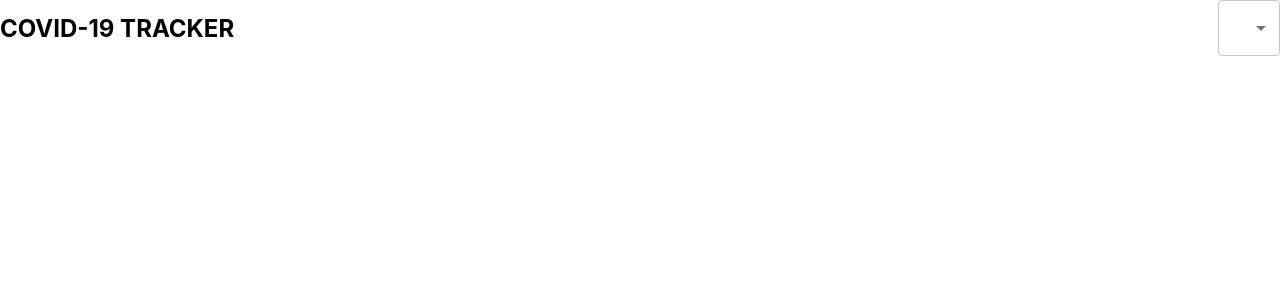
Repository: exiled-kal/2OnProcess
Page: /
An editor plug-in stored every save of this project. The page is shown before and after the next save, followed by the edit.
The browser window is 1280 px wide. The page is 1288 px wide, then 1280 px, then 1288 px, so the pictures cover 1288 px, including what lies to the right of the window. The pictures show the whole page.
The project was rebuilt for these pictures with package versions that can differ from the ones it lists, and the page was loaded fresh each time.

Above is the page before, as saved 2020-08-16 22:12:37.

After the next save:
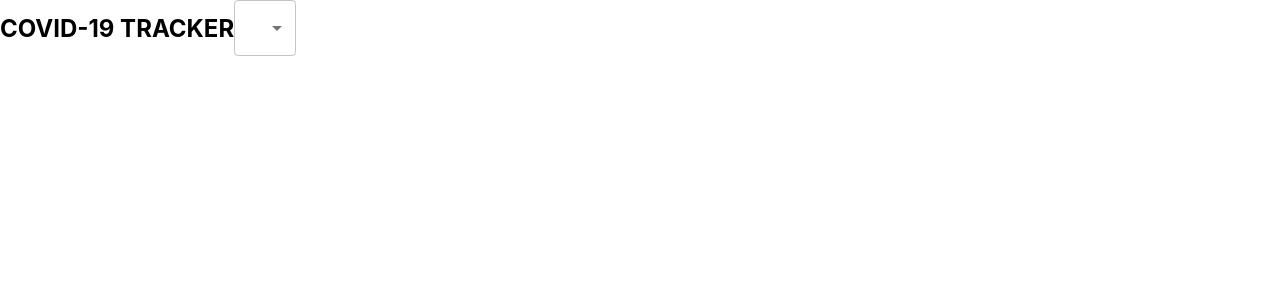
Saved 7 s later.
--- a/src/App.css
+++ b/src/App.css
@@ -5,6 +5,7 @@
 .app__header {
   display: flex;
   align-items: center;
+  margin
   justify-content: space-between;
 
 }

After the 3 saves that followed:
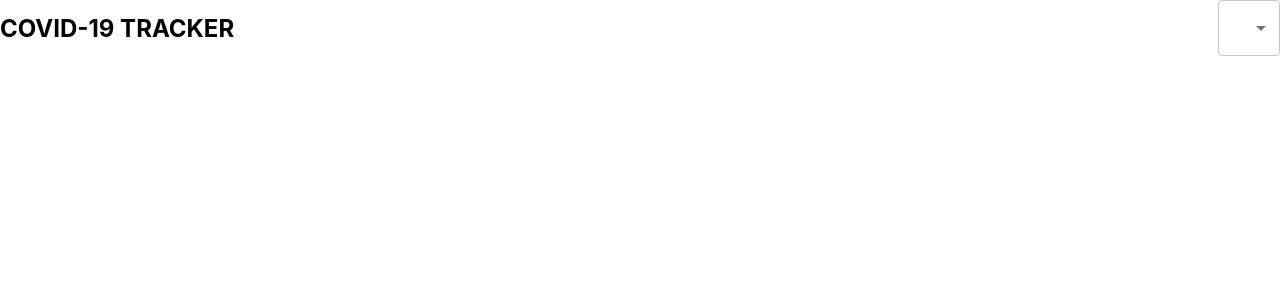
The 3 saves are shown as one change because they came seconds apart.
The last was saved 10 s later.
--- a/src/App.css
+++ b/src/App.css
@@ -5,7 +5,7 @@
 .app__header {
   display: flex;
   align-items: center;
-  margin
+  margin-bottom: 20px;
   justify-content: space-between;
 
 }
